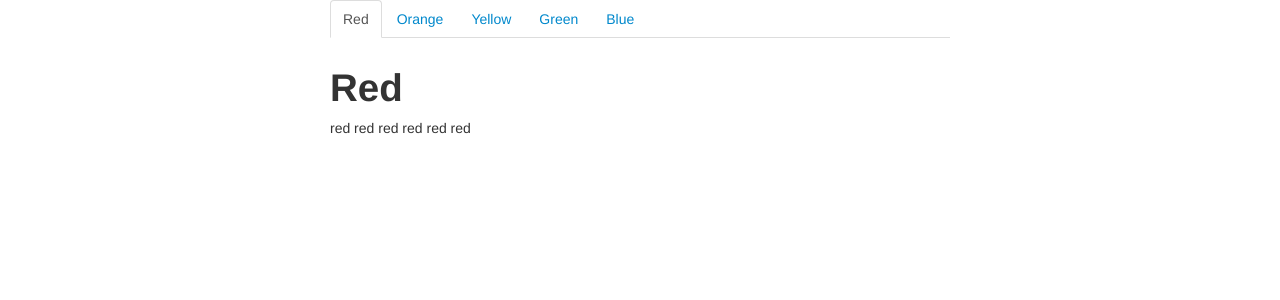
Repository: inventowiz/FriendTrack
Page: FriendshipTracker/main.html
The author's editor kept a copy of each file at every save. The page is drawn from the files as they stood at one save, then again after the next save.
The browser window is 1280 px wide. The pictures show the whole page.
Some web libraries are served in a nearby version.

Above is the page before, as saved 2013-09-21 16:00:34.

### FriendshipTracker/main.html
<!DOCTYPE HTML>
<HTML lang="en">
<head>
<!-- Le styles -->
<link href="css/bootstrap.css" rel="stylesheet">
<script type="text/javascript" src="http://ajax.googleapis.com/ajax/libs/jquery/1.7/jquery.js"></script>
</head>

<body>

<div class="container">

<!-------->
<div id="content">
	<div class="row-fluid">
		<div class="span8 offset2">
    <ul id="tabs" class="nav nav-tabs" data-tabs="tabs">
        <li class="active"><a href="#red" data-toggle="tab">Red</a></li>
        <li><a href="#orange" data-toggle="tab">Orange</a></li>
        <li><a href="#yellow" data-toggle="tab">Yellow</a></li>
        <li><a href="#green" data-toggle="tab">Green</a></li>
        <li><a href="#blue" data-toggle="tab">Blue</a></li>
    </ul>
    <div id="my-tab-content" class="tab-content">
        <div class="tab-pane active" id="red">
            <h1>Red</h1>
            <p>red red red red red red</p>
        </div>
        <div class="tab-pane" id="orange">
            <h1>Orange</h1>
            <p>orange orange orange orange orange</p>
        </div>
        <div class="tab-pane" id="yellow">
            <h1>Yellow</h1>
            <p>yellow yellow yellow yellow yellow</p>
        </div>
        <div class="tab-pane" id="green">
            <h1>Green</h1>
            <p>green green green green green</p>
        </div>
        <div class="tab-pane" id="blue">
            <h1>Blue</h1>
            <p>blue blue blue blue blue</p>
        </div>
    </div>
    </div>
    </div>
</div>


<script type="text/javascript">
    jQuery(document).ready(function ($) {
        $('#tabs').tab();
    });
</script>
</div> <!-- container -->


<script type="text/javascript" src="js/bootstrap.js"></script>

</body>
</HTML>

Loaded but not shown: FriendshipTracker/css/bootstrap.css (library); FriendshipTracker/js/bootstrap.js (library)

After the next save:
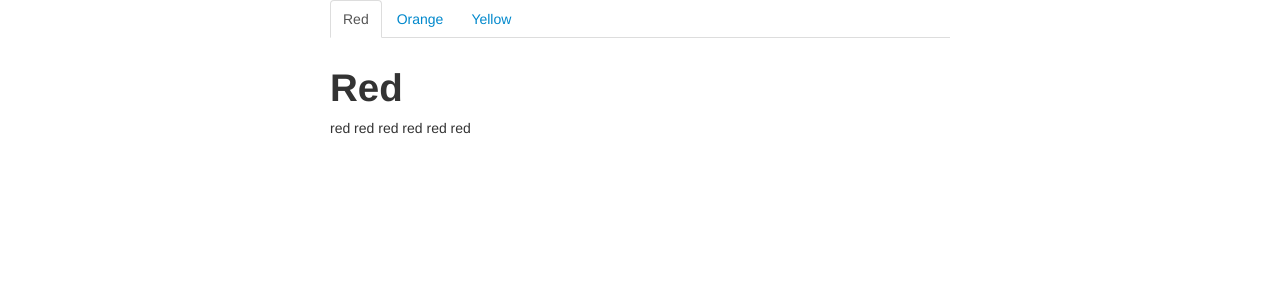
Saved 2 min 22 s later.
--- a/FriendshipTracker/main.html
+++ b/FriendshipTracker/main.html
@@ -15,32 +15,22 @@
 	<div class="row-fluid">
 		<div class="span8 offset2">
     <ul id="tabs" class="nav nav-tabs" data-tabs="tabs">
-        <li class="active"><a href="#red" data-toggle="tab">Red</a></li>
-        <li><a href="#orange" data-toggle="tab">Orange</a></li>
-        <li><a href="#yellow" data-toggle="tab">Yellow</a></li>
-        <li><a href="#green" data-toggle="tab">Green</a></li>
-        <li><a href="#blue" data-toggle="tab">Blue</a></li>
+        <li class="active"><a href="#friends" data-toggle="tab">Red</a></li>
+        <li><a href="#events" data-toggle="tab">Orange</a></li>
+        <li><a href="#settings" data-toggle="tab">Yellow</a></li>
     </ul>
     <div id="my-tab-content" class="tab-content">
-        <div class="tab-pane active" id="red">
+        <div class="tab-pane active" id="friends">
             <h1>Red</h1>
             <p>red red red red red red</p>
         </div>
-        <div class="tab-pane" id="orange">
+        <div class="tab-pane" id="events">
             <h1>Orange</h1>
             <p>orange orange orange orange orange</p>
         </div>
-        <div class="tab-pane" id="yellow">
+        <div class="tab-pane" id="settings">
             <h1>Yellow</h1>
             <p>yellow yellow yellow yellow yellow</p>
-        </div>
-        <div class="tab-pane" id="green">
-            <h1>Green</h1>
-            <p>green green green green green</p>
-        </div>
-        <div class="tab-pane" id="blue">
-            <h1>Blue</h1>
-            <p>blue blue blue blue blue</p>
         </div>
     </div>
     </div>
